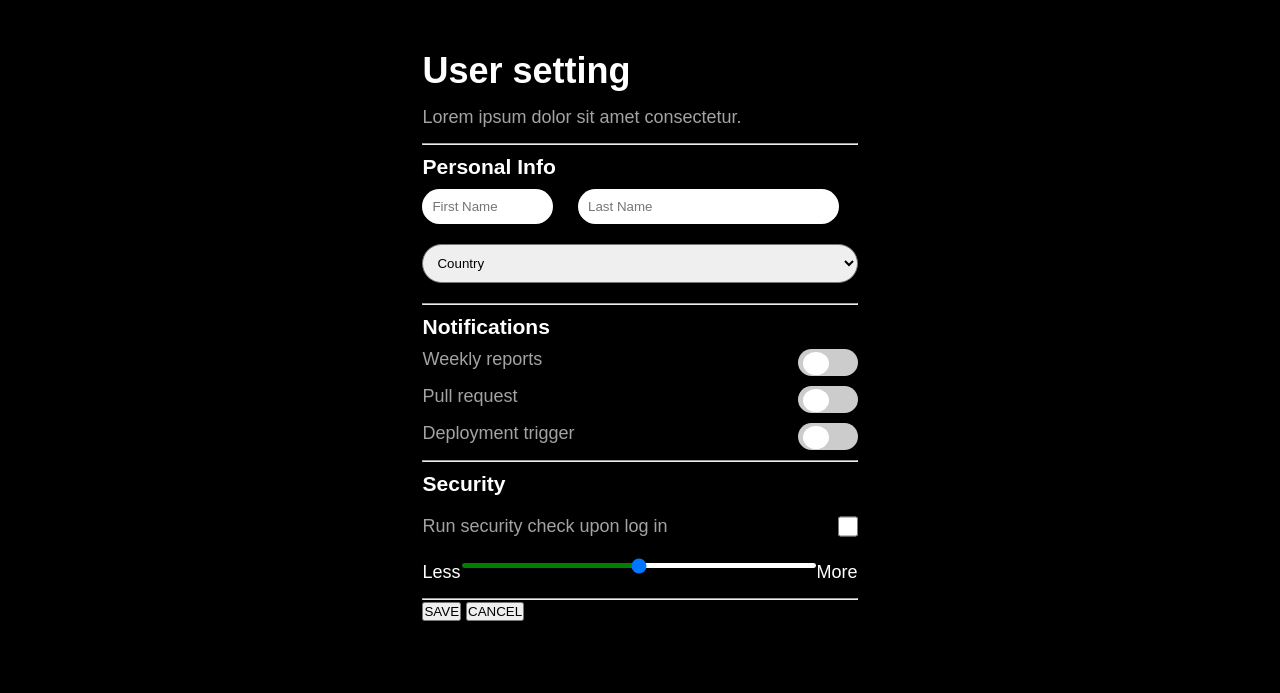
Repository: imokha01/DOM
Page: index.html
An editor plug-in stored every save of this project. The page is shown before and after a run of saves, followed by the edit.
The browser window is 1280 px wide. The pictures show the whole page.

Above is the page before, as saved 2023-12-21 10:23:18.

### index.html
<!DOCTYPE html>
<html lang="en">
  <head>
    <meta charset="UTF-8" />
    <meta name="viewport" content="width=device-width, initial-scale=1.0" />
    <title>Document</title>
    <link rel="stylesheet" href="./index.css" />
  </head>
<body>
  <div class="form_container">
    <form action="#" id="form">
      <div>
          <h1>User setting</h1>
          <p id="userPara">Lorem ipsum dolor sit amet consectetur.</p>
      </div>
      <hr>
      <div>
        <h3>Personal Info</h3>
        <input type="text" class="firstName" placeholder="First Name">
        <input type="text" class="lastName" placeholder="Last Name"> <br>
        <select>
            <option value="country" disabled hidden selected>Country</option>
            <option value="Nigeria">Nigeria</option>
            <option value="ghana">Ghana</option>
            <option value="algeria">Algeria</option>
        </select>
        <hr>
        <div>
          <h3>Notifications</h3>
          <div class="weeklyReport">
            <p class="week-para">Weekly reports</p>
            <!-- Rounded switch -->
            <div>
              <label class="switch">
                <input type="checkbox">
               <span class="slider round"></span>
              </label>
            </div>
          </div>
          <div class="pullRequest">
            <p class="pull-para">Pull request</p>
            <!-- Rounded switch -->
            <div>
              <label class="switch">
                <input type="checkbox">
               <span class="slider round"></span>
              </label>
            </div>
          </div>
          <div class="deployment">
            <p class="depoly-para">Deployment trigger</p>
            <!-- Rounded switch -->
            <div>
              <label class="switch">
                <input type="checkbox">
               <span class="slider round"></span>
              </label>
            </div>
          </div>
          <hr>
          <div class="security">
            <h3> Security</h3>
            <div>
              <p id="secu-para">Run security check upon log in</p>
              <input type="checkbox" id="check">
            </div>
            <div>
              <span>Less</span>
              <input type="range" id="range">
              <span> More </span>
            </div>
           <hr>
           <button type="save">SAVE</button>
           <button type="cancel">CANCEL</button
        </div>
        </div>
      </div>
    </form>
  </div>
    <script src="./index.js"></script>
  </body>
</html>

### index.css
* {
    margin: 0;
    padding: 0;
    box-sizing: border-box;
}

body{
    font-family: Arial, Helvetica, sans-serif;
    background-color: black;
    font-size: 18px;
}

.form_container {
    display: flex;
    justify-content: center;
    align-items: center;
    margin-top: 50px;
    gap: 2px;
    background-color: black;
    color: while;
}

form {
    color: white;
}

form p {
    color: #a3a3a3
}

#userPara {
    padding: 15px 0;
}

h3 {
    margin: 10px 0;
}

.firstName{
    width: 30%;
    padding: 10px;
    border-radius: 20px;
    margin-right: 20px;
    border: none;
  }

  .lastName {
    width: 60%;
    padding: 10px;
    border-radius: 20px;
    border: none;

}

select {
    width: 100%;
    padding: 10px 10px;
    border-radius: 20px;
    margin: 20px 0;
  }

  option {
    padding: 20px 0;

  }
  .weeklyReport,
  .deployment,
  .pullRequest {
    display: flex;
    justify-content: space-between;
    margin-bottom: 10px;
  }

  .security h3 + div {
    display: flex;
    justify-content: space-between;
    padding: 10px 0;
  }

#check {
  width: 20px;
}

.security div:last-of-type{
    width: 100%;
    display: flex;
    justify-content: space-between;
    padding: 15px 0;
  }

  #range {
    width: 280px;
    background: linear-gradient(to right, green 0%, green 50%, #fff 50%, #fff 100%);
    border: solid 1px black;
    border-radius: 8px;
    height: 7px;
    width: 356px;
    outline: none;
    transition: background 450ms ease-in;
    -webkit-appearance: none;
  }
  }

/* input[type='range']::-webkit-slider-runnable-track {
    background-color: green;
  } */

  button {
    padding: 10px;
    border-radius: 20px;
    margin: 20px 0;
    font-size: 15px;
    width: 40%;
    margin: 15px;
    background-color: #2096f3;
    color: white;
}

button:hover {
    cursor: pointer;
    background-color: green;
    color: blue;
}






/* The switch - the box around the slider */
.switch {
    position: relative;
    display: inline-block;
    width: 60px;
    height: 27px;
  }

  /* Hide default HTML checkbox */
  .switch input {
    opacity: 0;
    width: 0;
    height: 0;
  }

  /* The slider */
  .slider {
    position: absolute;
    cursor: pointer;
    top: 0;
    left: 0;
    right: 0;
    bottom: 0;
    background-color: #ccc;
    -webkit-transition: .4s;
    transition: .4s;
  }

  .slider:before {
    position: absolute;
    content: "";
    height: 23px;
    width: 26px;
    left: 5px;
    bottom: 1px;
    background-color: white;
    -webkit-transition: .4s;
    transition: .4s;
  }

  input:checked + .slider {
    background-color: #2196F3;
  }

  input:focus + .slider {
    box-shadow: 0 0 1px #2196F3;
  }

  input:checked + .slider:before {
    -webkit-transform: translateX(26px);
    -ms-transform: translateX(26px);
    transform: translateX(26px);
  }

  /* Rounded sliders */
  .slider.round {
    border-radius: 34px;
  }

  .slider.round:before {
    border-radius: 50%;
  }

### index.js
// // The range slider function
// document.getElementById("myinput").oninput = function() {
//     var value = (this.value-this.min)/(this.max-this.min)*100
//     this.style.background = 'linear-gradient(to right, green 0%, #82CFD0 ' + value + '%, #fff ' + value + '%, white 100%)'
//   };

After the next 8 saves:
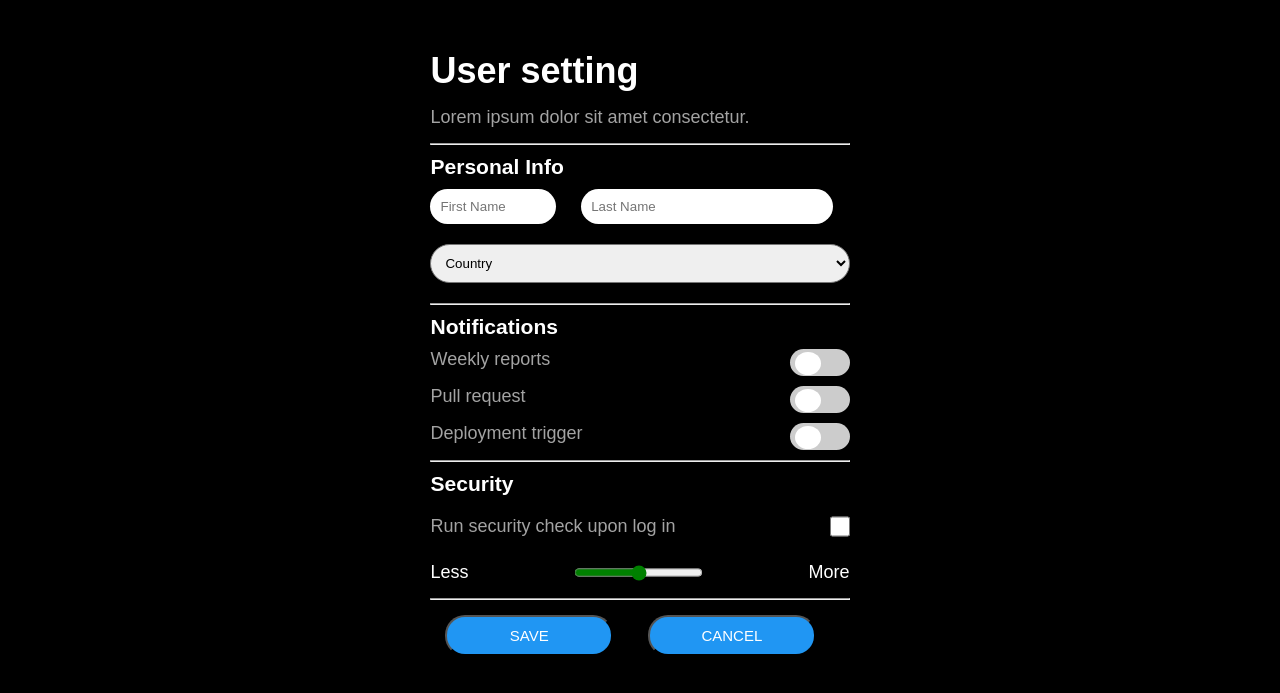
The 8 saves are shown as one change because they came seconds apart.
The last was saved 28 s later.
--- a/index.css
+++ b/index.css
@@ -89,7 +89,7 @@ select {
   }
 
   #range {
-    width: 280px;
+    /* width: 280px;
     background: linear-gradient(to right, green 0%, green 50%, #fff 50%, #fff 100%);
     border: solid 1px black;
     border-radius: 8px;
@@ -97,9 +97,10 @@ select {
     width: 356px;
     outline: none;
     transition: background 450ms ease-in;
-    -webkit-appearance: none;
+    -webkit-appearance: none; */
+    accent-color: green;
   }
-  }
+
 
 /* input[type='range']::-webkit-slider-runnable-track {
     background-color: green;
